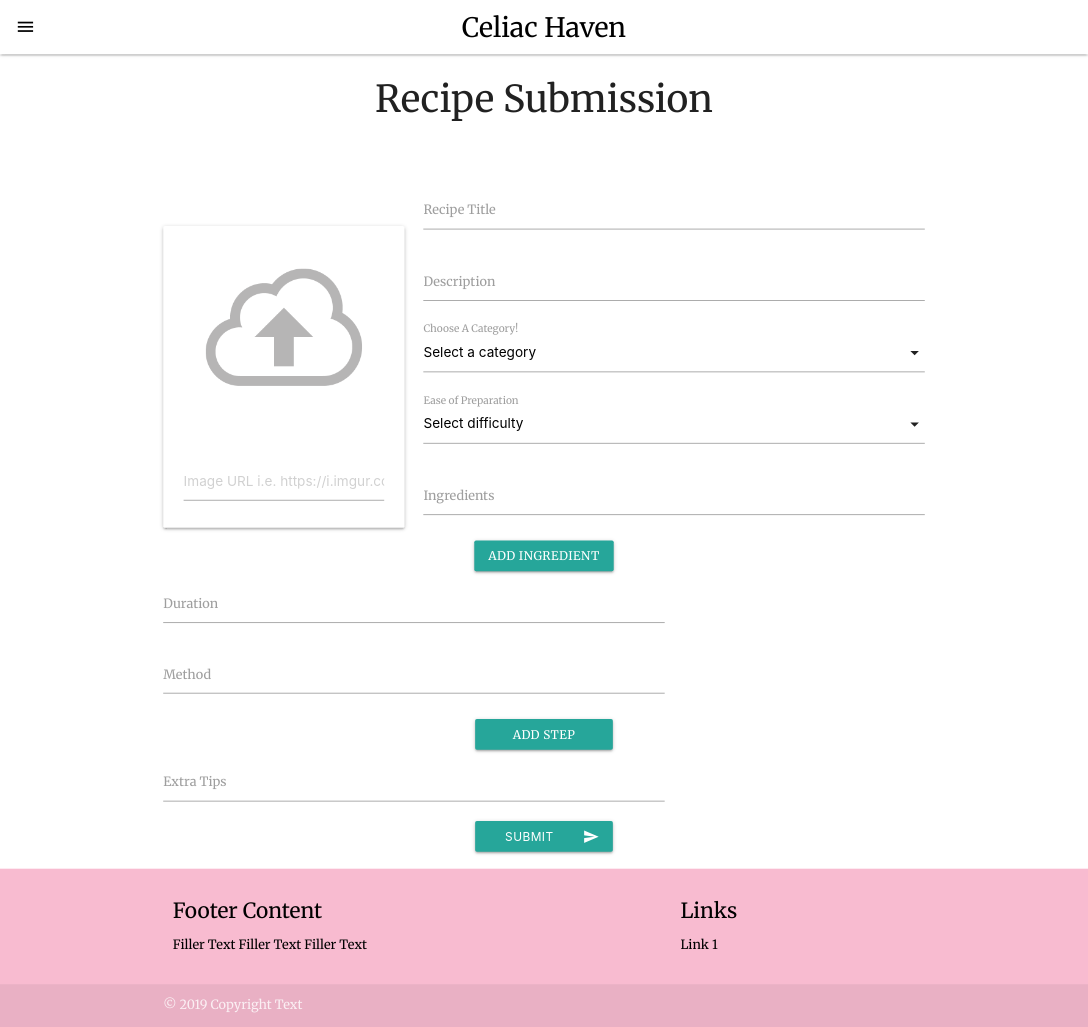
Repository: DanielJMaia/cookbook-project
Page: http://localhost/add_recipe
The author's editor kept a record of every edit. The page is drawn from the files as they stood at one moment, then again after the next edit.
The browser window is 1280 px wide. The pictures show the whole page, at 85% of full size.
Some web fonts or font styles are not loaded; a fallback is used. The page is served by the project's application, run on Flask 3 (app.py). Queries for data that is not in the repository find no rows.

Above is the page before.

### templates/add_recipe.html
{% extends 'base.html' %} {% block content %}

<h3 class="center-align" id="submit_recipe_header">Recipe Submission</h3>
<form action="{{url_for('insert_recipe')}}" method="POST" class="col s12 m8" autocomplete="off">
    <div class="container">
        <div class="row">
            <div class="col s11 m4 submit_image_spacing">
                <div class="card">
                    <div class="card-image">
                        <img src="/static/img/upload.jpg" class="image" id="upload_image">
                    </div>
                    <div class="card-content input-field">
                        <input id="add_image" type="text" class="validate" name="url" placeholder="Image URL i.e. https://i.imgur.com/PuHbs0g.jpg" required>
                    </div>
                </div>
            </div>
            <div class="input-field col s11 m8">
                <input id="recipe_title" type="text" class="validate" name="title" required>
                <label for="recipe_title">Recipe Title</label>
            </div>
            <div class="input-field col s11 m8">
                <input id="recipe_description" type="text" class="validate" name="description" required>
                <label for="recipe_description">Description</label>
            </div>
            <div class="input-field col s11 m8">
                <select name="category" required>
                            <option selected disabled value>Select a category</option>
                        {% for cat in second_category %}
                            <option value="{{ cat.category }}" >{{ cat.category }}</option>
                        {% endfor %}
                    </select>
                <label>Choose A Category!</label>
            </div>
            <div class="input-field col s11 m8">
                <select name="difficulty" required>
                        <option selected disabled value>Select difficulty</option>
                    {% for diff in difficulty %}
                        <option value="{{ diff.difficulty }}" >{{ diff.difficulty }}</option>
                    {% endfor %}
                </select>
                <label>Ease of Preparation</label>
            </div>
            <div class="input-field col s11 m8">
                <input id="ingredients" type="text" class="validate" name="ingredients" required>
                <label for="ingredients">Ingredients</label>
            </div>
            <div class="col s12 center-align">
                <a class="waves-effect waves-light btn button_form_min_width">Add Ingredient</a>
            </div>
            <div class="input-field col s11 m8">
                <input id="duration" type="text" class="validate" name="prep_duration" required>
                <label for="duration">Duration</label>
            </div>
            <div class="input-field col s11 m8">
                <textarea id="textarea1" class="materialize-textarea" name="method" required></textarea>
                <label for="textarea1">Method</label>
            </div>
            <div class="col s12 center-align">
                <a class="waves-effect waves-light btn button_form_min_width">Add Step</a>
            </div>
            <div class="input-field col s11 m8">
                <input id="tips" type="text" class="validate" name="tips">
                <label for="tips">Extra Tips</label>
            </div>
            <div class="col s12 center-align">
                <button class="btn waves-effect waves-light button_form_min_width" type="submit" name="action">Submit
                    <i class="material-icons right">send</i>
                </button>
            </div>
        </div>
    </div>
</form>
{% endblock %}

### templates/base.html
<!DOCTYPE html>
<html lang="en">

<head>
    <meta charset="UTF-8">
    <meta name="viewport" content="width=device-width, initial-scale=1.0">
    <meta http-equiv="X-UA-Compatible" content="ie=edge">
    <title>GF Recipes!</title>

    <link rel="stylesheet" href="https://cdnjs.cloudflare.com/ajax/libs/materialize/1.0.0/css/materialize.min.css">
    <link href="https://fonts.googleapis.com/icon?family=Material+Icons" rel="stylesheet">
    <link href="https://fonts.googleapis.com/css?family=Merriweather|Solway&display=swap" rel="stylesheet">
    <link rel="stylesheet" href="{{url_for('static', filename='css/style.css')}}" type="text/css" />
</head>

<body>
    <header>
        <nav class="white">
            <div class="nav-wrapper">
                <a href="{{url_for('home')}}" class="brand-logo center black-text">Celiac Haven</a>
                <a href="#" data-target="mobile-demo" class="sidenav-trigger show-on-large"><i class="material-icons black-text">menu</i></a>
            </div>
        </nav>



        <ul class="sidenav" id="mobile-demo">
            <li><a href="{{url_for('home')}}">Home</a></li>
            <li><a href="{{url_for('add_recipe')}}">Add A Recipe</a></li>
            {% for cat in categories %}
            <li><a href="{{url_for('get_recipes', recipe_category=cat.category)}}">{{ cat.category }}</a></li>
            {% endfor %}
        </ul>


    </header>
    <main>
        {% block content %} {% endblock %}
    </main>

    <footer class="page-footer pink lighten-4">
        <div class="container">
            <div class="row">
                <div class="col l6 s12">
                    <h5 class="black-text">Footer Content</h5>
                    <p class="black-text text-lighten-4">Filler Text Filler Text Filler Text</p>
                </div>
                <div class="col l4 offset-l2 s12">
                    <h5 class="black-text">Links</h5>
                    <ul>
                        <li><a class="black-text text-lighten-3" href="#!">Link 1</a></li>
                    </ul>
                </div>
            </div>
        </div>
        <div class="footer-copyright">
            <div class="container">
                © 2019 Copyright Text
            </div>
        </div>
    </footer>

    <script src="https://cdnjs.cloudflare.com/ajax/libs/jquery/3.4.1/jquery.js" integrity="sha256-WpOohJOqMqqyKL9FccASB9O0KwACQJpFTUBLTYOVvVU=" crossorigin="anonymous"></script>
    <script src="https://cdnjs.cloudflare.com/ajax/libs/materialize/1.0.0/js/materialize.min.js"></script>
    <script type="text/javascript" src="/static/js/initialization.js"></script>

</body>

</html>

### app.py
import os
from flask import Flask, render_template, redirect, request, url_for
from flask_pymongo import PyMongo
from bson.objectid import ObjectId

app = Flask(__name__)

USER = os.getenv('DB_USER')
PASSWORD = os.environ.get('DB_PASSWORD')

app.config["MONGO_DBNAME"] = 'milestone-project-cookbook'
app.config["MONGO_URI"] = 'mongodb+srv://root:r00tUser@myfirstcluster-bgp7f.mongodb.net/milestone-project-cookbook?retryWrites=true&w=majority'

mongo = PyMongo(app)

@app.route('/')
def home():
    return render_template("index.html",
    categories=mongo.db.categories.find())

@app.route('/get_recipes/<recipe_category>')
def get_recipes(recipe_category):
    return render_template("recipes.html",
    categories=mongo.db.categories.find(),
    recipes=mongo.db.recipes.find({"category": recipe_category}))

@app.route('/add_recipe')
def add_recipe():
    return render_template("add_recipe.html",
    categories=mongo.db.categories.find(),
    difficulty=mongo.db.difficulty.find())

@app.route('/insert_recipe', methods=["POST"])
def insert_recipe():
    recipes = mongo.db.recipes
    recipes.insert_one(request.form.to_dict())
    return redirect(url_for('home'))

@app.route('/edit_recipe/<recipe_id>')
def edit_recipe(recipe_id):
    _recipe = mongo.db.recipes.find_one({"_id": ObjectId(recipe_id)})
    _categories = mongo.db.categories.find()
    _difficulty = mongo.db.difficulty.find()
    category_list = [category for category in _categories]
    return render_template('edit_recipe.html', recipe=_recipe, categories=category_list, difficulty=_difficulty)

@app.route('/update_recipe/<recipe_id>', methods=["POST"])
def update_recipe(recipe_id):
    recipes = mongo.db.recipes
    recipes.update({'_id': ObjectId(recipe_id)},
    {
        'title' : request.form.get('title'),
        'category' : request.form.get('category'),
        'gf_ingredient' : request.form.get('gf_ingredient'),
        'prep_duration' : request.form.get('prep_duration'),
        'difficulty' : request.form.get('difficulty'),
        'method' : request.form.get('method'),
        'ingredients' : request.form.get('ingredients'),
        'description' : request.form.get('description'),
        'tips' : request.form.get('tips')
    })
    return redirect(url_for('home'))

@app.route('/view_recipe/<recipe_id>')
def view_recipe(recipe_id):
    return render_template('view_recipe.html',
    recipes = mongo.db.recipes.find({"_id": ObjectId(recipe_id)}))

# Test Page Route

@app.route('/testing')
def test():
    return render_template("testing.html",
    recipes=mongo.db.recipes.find())

if __name__  == '__main__':
    app.run(host=os.environ.get('IP'),
    port=int(os.environ.get('PORT')),
    debug=True)

### static/css/style.css
body {
  display: flex;
  min-height: 100vh;
  flex-direction: column;
  font-family: 'Solway', 'Merriweather', serif;
}

main {
  flex: 1 0 auto;
}

.brand-logo{
  width: fit-content;
}

#quote {
  background-image: url("/static/img/quote_background.jpg");
  background-size: cover;
  padding-top: 17rem;
  text-align: center;
  height: 55rem;
}

#upload_image {
  padding: 50px;
}

#submit_recipe_header {
  padding-bottom: 50px;
}

.button_form_min_width {
  min-width: 162px;
}

.submit_image_spacing {
  padding-top: 50px!important;
}

.recipe_banner {
  /*background-image: url("https://i.imgur.com/PuHbs0g.jpg"); */
  background-size: cover;
  resize: both;
  min-height: 40rem;
}

.recipe_information_box {
  width: 100%;
  margin-top: 5%;
}

#recipe_image{
  height: auto;
  width: 100%;
  position: relative;
}

.responsive_image{
  object-fit: cover;
  height: 20rem;
}


@media (min-width: 768px) {
  .recipe_information_box {
  width: 40%;
  margin-top: 7%;
  margin-right: 6%;
}
}

@media (min-width: 1200px) {
  .recipe_information_box {
  width: 20%;
  margin-top: 7%;
  margin-right: 6%;
}
}

### static/js/initialization.js
$(document).ready(function() {
    $('.sidenav').sidenav();
    $('.tabs').tabs();
    $('input#input_text, textarea#textarea2').characterCounter();
    $('select').formSelect();
});

After the next edit:
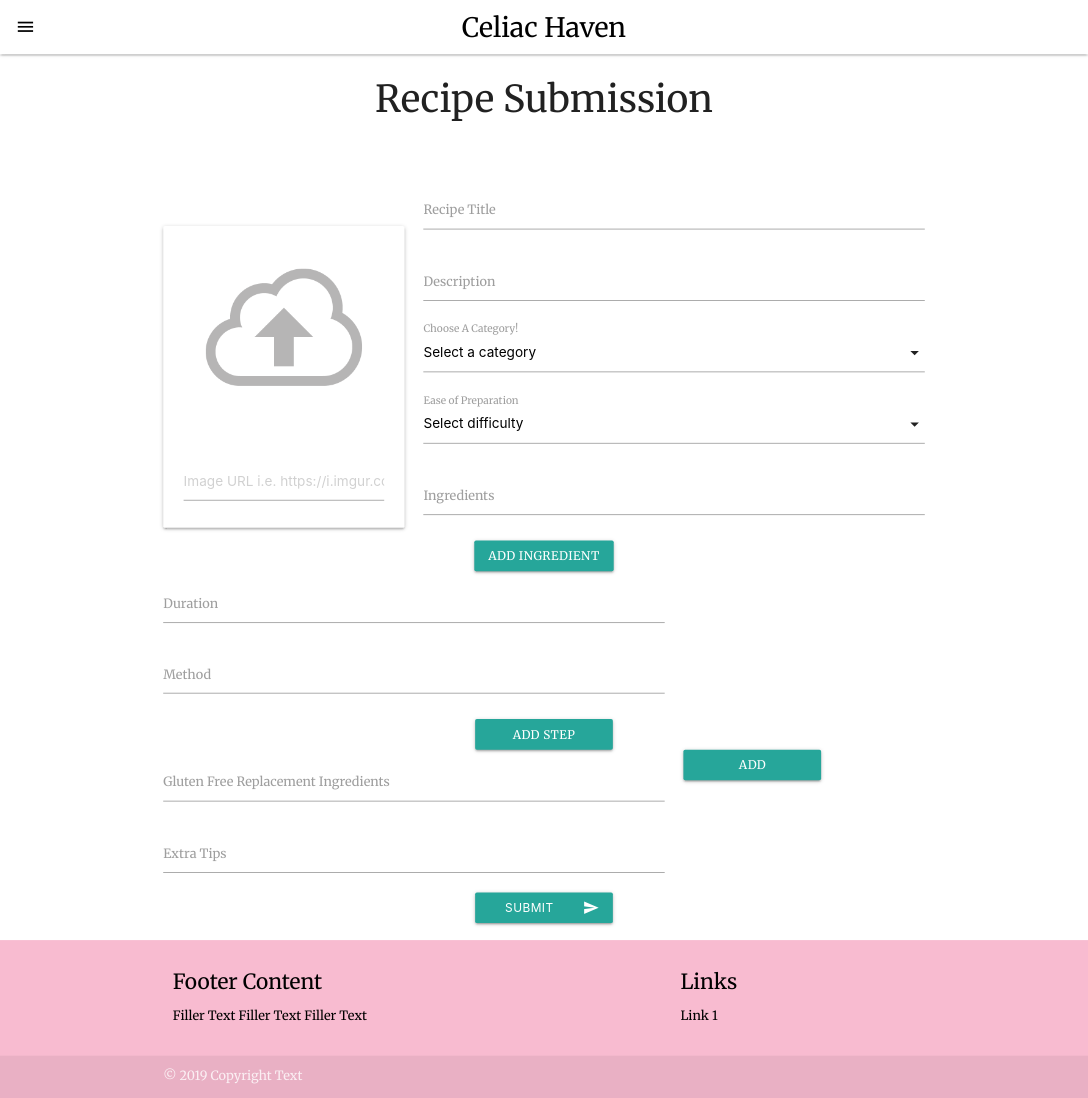
The edit:
--- a/templates/add_recipe.html
+++ b/templates/add_recipe.html
@@ -59,6 +59,13 @@
                 <a class="waves-effect waves-light btn button_form_min_width">Add Step</a>
             </div>
             <div class="input-field col s11 m8">
+                <input id="gf_ingredient" type="text" class="validate" name="gf_ingredient">
+                <label for="gf_ingredient">Gluten Free Replacement Ingredients</label>
+            </div>
+            <div class="col s2 center-align">
+                <a class="waves-effect waves-light btn button_form_min_width">Add Ingredient</a>
+            </div>
+            <div class="input-field col s11 m8">
                 <input id="tips" type="text" class="validate" name="tips">
                 <label for="tips">Extra Tips</label>
             </div>
